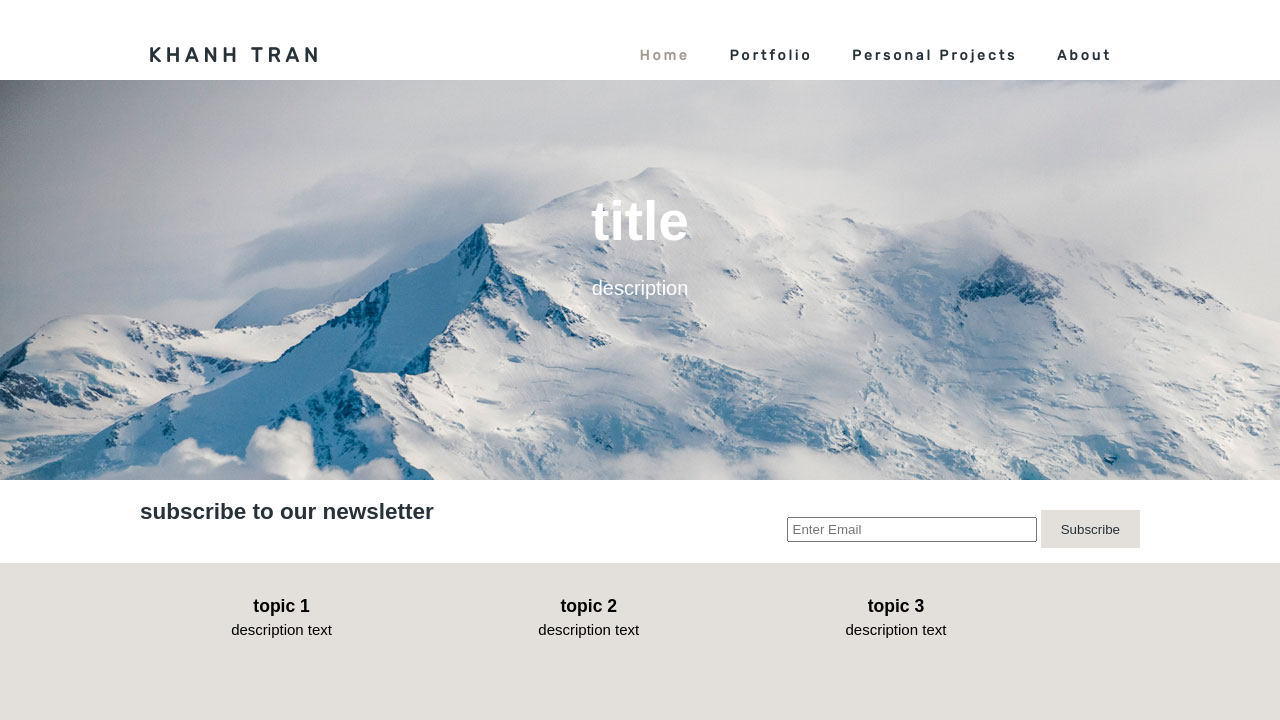
Repository: KTPo/KTPo.github.io
Page: index.html
The author's editor kept a record of every edit. The page is drawn from the files as they stood at one moment, then again after the next edit.
The browser window is 1280 px wide. The pictures show the whole page.

Above is the page before.

After the next edit:
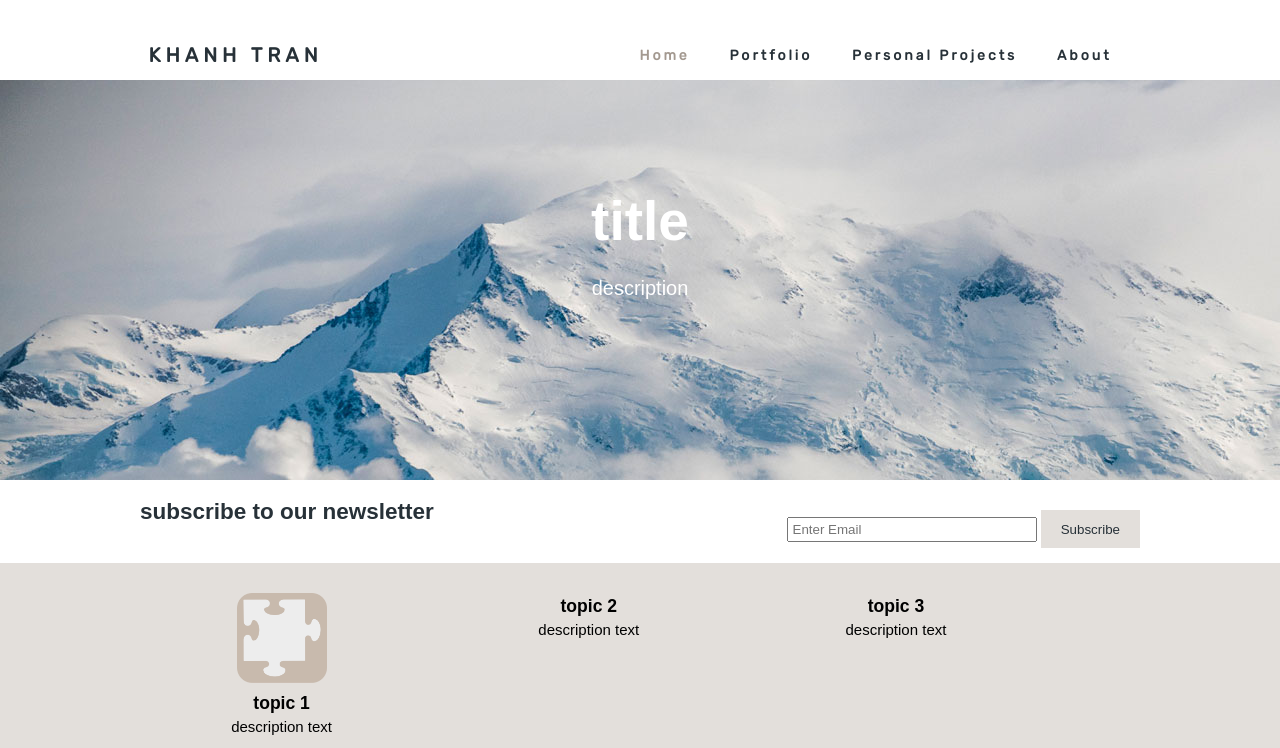
The edit:
--- a/index.html
+++ b/index.html
@@ -58,6 +58,7 @@
         <section id = "boxes">
             <div class = "container">
                 <div class = "box">
+                    <img src = "./previewImages/puzzle.png">
                     <h3>topic 1</h3>
                     <p>description text</p>
                 </div>
